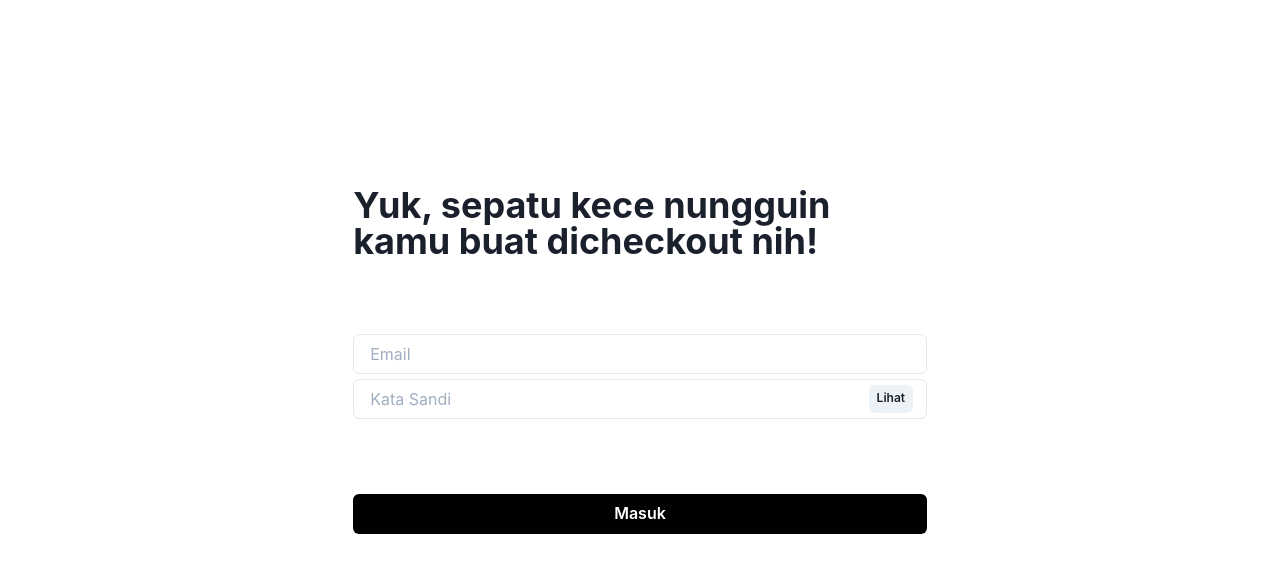
Repository: haileykwen/hanskering
Page: /
The author's editor kept a copy of each file at every save. The page is drawn from the files as they stood at one save, then again after the next save.
The browser window is 1280 px wide. The pictures show the whole page.
The project was rebuilt for these pictures with package versions that can differ from the ones it lists, and the page was loaded fresh each time. Also part of the build but not shown: src/App.css, src/pages/Signup/index.js.

Above is the page before, as saved 2021-12-10 11:19:07.

After the next save:
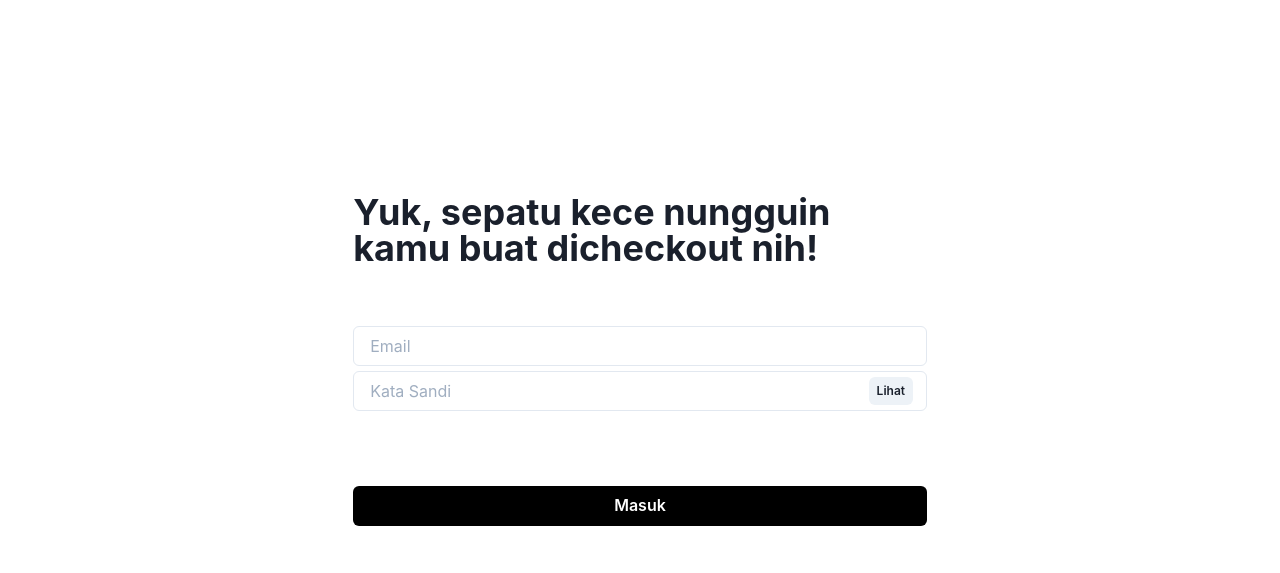
Saved 9 s later.
--- a/src/pages/Signin/index.js
+++ b/src/pages/Signin/index.js
@@ -9,7 +9,7 @@ const Signin = () => {
 
     return (
         <Container minH="100vh" alignItems="center" justifyContent="center" centerContent>
-            <Heading marginBottom="75px" lineHeight="100%">Yuk, sepatu kece nungguin kamu buat dicheckout nih!</Heading>
+            <Heading marginBottom="60px" lineHeight="100%">Yuk, sepatu kece nungguin kamu buat dicheckout nih!</Heading>
 
             <Input placeholder='Email' focusBorderColor="black"/>
             <InputGroup marginTop="5px">
